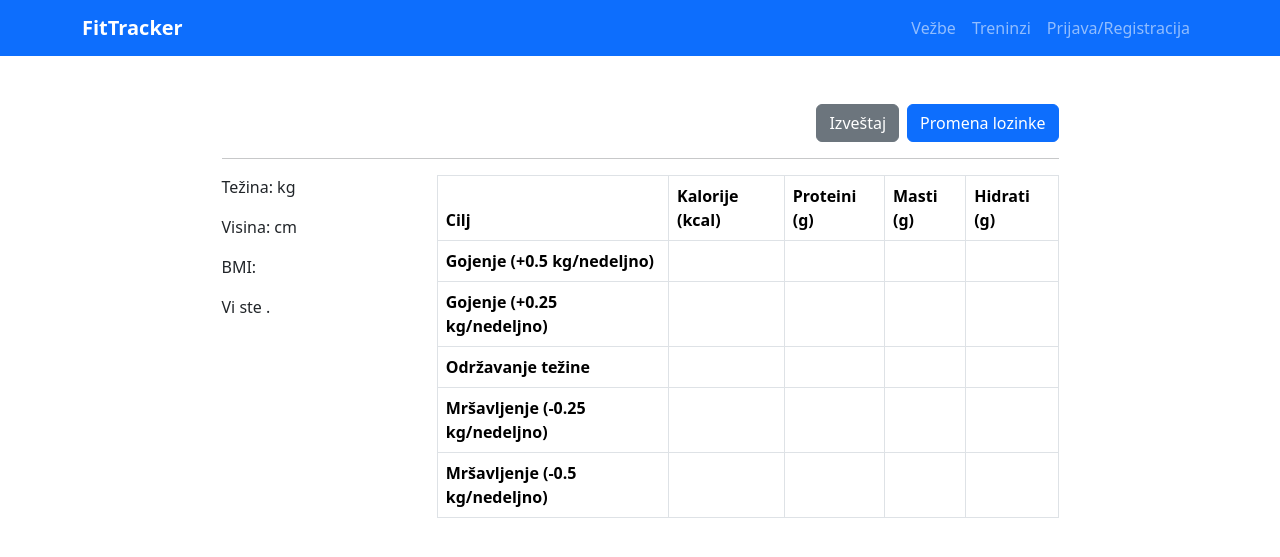
Repository: M1K1B/FitTracker
Page: http://localhost/FitTrackerWeb/profil.jsp
These files come from the project's save history. The page is drawn as it stood at one moment and after the next save; the edit follows.
The browser window is 1280 px wide. The pictures show the whole page.
The page is served by Tomcat 9. The template is opened directly, without the code that normally fills it, so the values that code supplies are empty.

Above is the page before, as saved 2024-02-06 13:52:44.

After the next save:
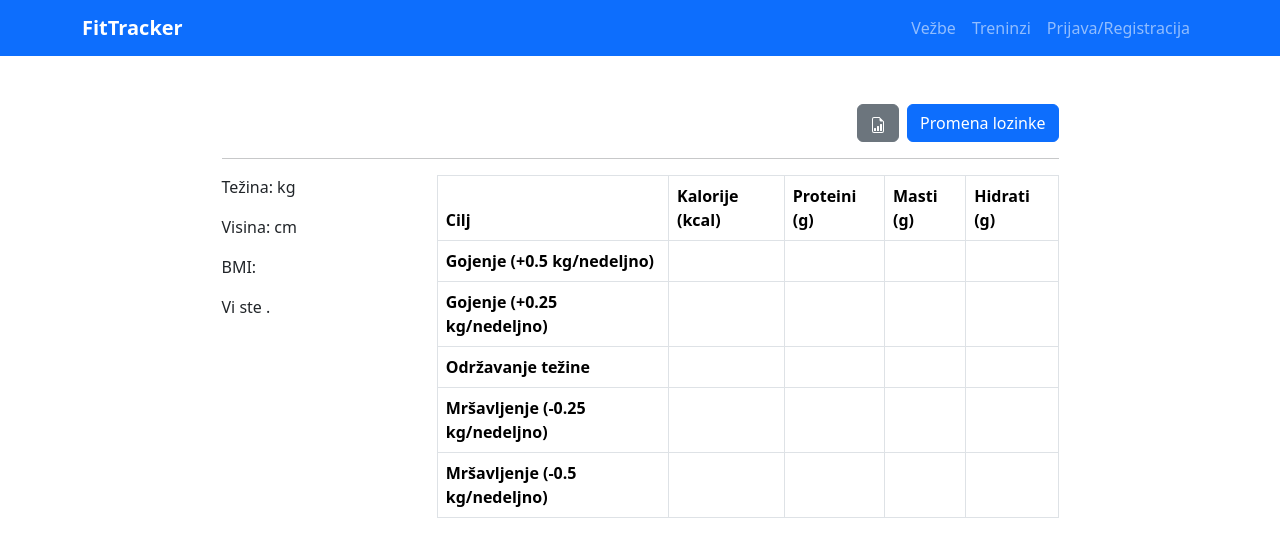
Saved 54 s later.
--- a/FitTrackerWeb/src/main/webapp/profil.jsp
+++ b/FitTrackerWeb/src/main/webapp/profil.jsp
@@ -38,7 +38,12 @@
 					<p>${ korisnik.email }</p>
 				</div>
 				<div class="flex-grow-1"></div>
-				<a class="btn btn-secondary">Izveštaj</a>
+				<a class="btn btn-secondary">
+					<svg xmlns="http://www.w3.org/2000/svg" width="16" height="16" fill="currentColor" class="bi bi-file-earmark-bar-graph" viewBox="0 0 16 16">
+  <path d="M10 13.5a.5.5 0 0 0 .5.5h1a.5.5 0 0 0 .5-.5v-6a.5.5 0 0 0-.5-.5h-1a.5.5 0 0 0-.5.5zm-2.5.5a.5.5 0 0 1-.5-.5v-4a.5.5 0 0 1 .5-.5h1a.5.5 0 0 1 .5.5v4a.5.5 0 0 1-.5.5zm-3 0a.5.5 0 0 1-.5-.5v-2a.5.5 0 0 1 .5-.5h1a.5.5 0 0 1 .5.5v2a.5.5 0 0 1-.5.5z"/>
+  <path d="M14 14V4.5L9.5 0H4a2 2 0 0 0-2 2v12a2 2 0 0 0 2 2h8a2 2 0 0 0 2-2M9.5 3A1.5 1.5 0 0 0 11 4.5h2V14a1 1 0 0 1-1 1H4a1 1 0 0 1-1-1V2a1 1 0 0 1 1-1h5.5z"/>
+</svg>
+				</a>
 				<a class="btn btn-primary ms-2">Promena lozinke</a>
 			</div>
 			<hr>
